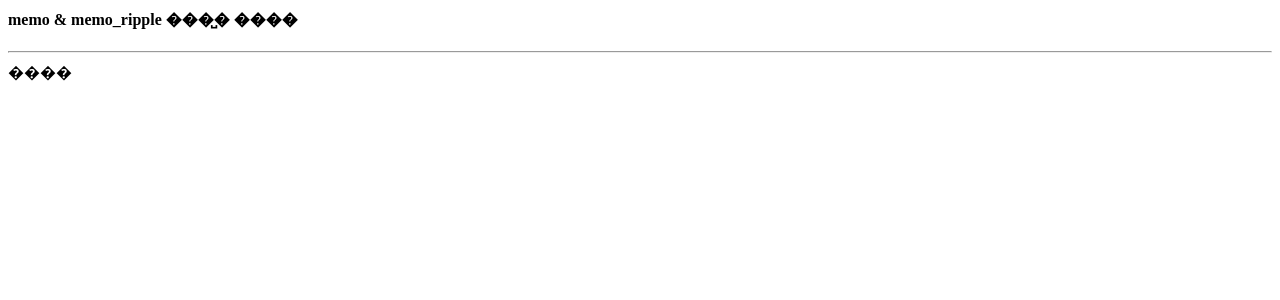
Repository: 2ujin/2018-PHP-afterschool
Page: http://localhost/WebSite_stu_mirim/memo/createTable.php
These files come from the project's save history. The page is drawn as it stood at one moment and after the next save; the edit follows.
The browser window is 1280 px wide. The pictures show the whole page.
The page is run by PHP 8.4 with error messages shown; the project is at /var/www/html/.

Above is the page before, as saved 2018-08-02 04:11:58.

After the next save:
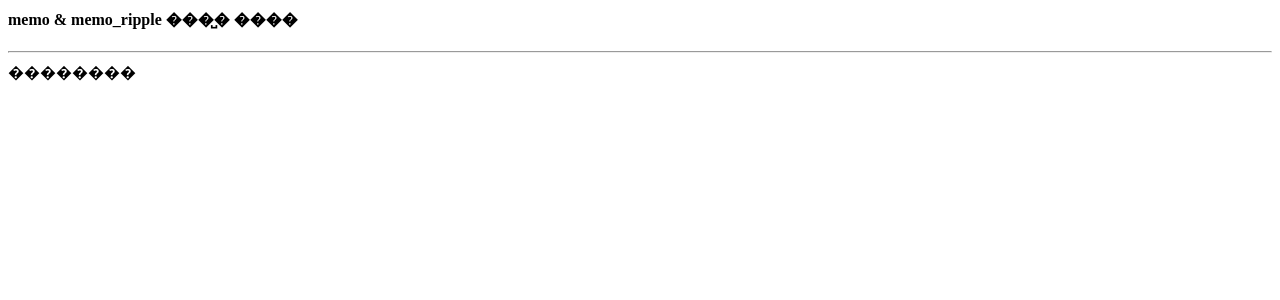
Saved 7 s later.
--- a/PHPStudy/WebSite_stu_mirim/memo/createTable.php
+++ b/PHPStudy/WebSite_stu_mirim/memo/createTable.php
@@ -29,4 +29,11 @@ else
         content text not null,
         regist_dat char(20)
 );";
+
+ $result = mysql_query($sql);
+
+ if($result)
+     echo"성공";
+     else
+         echo"실패";
 ?>
